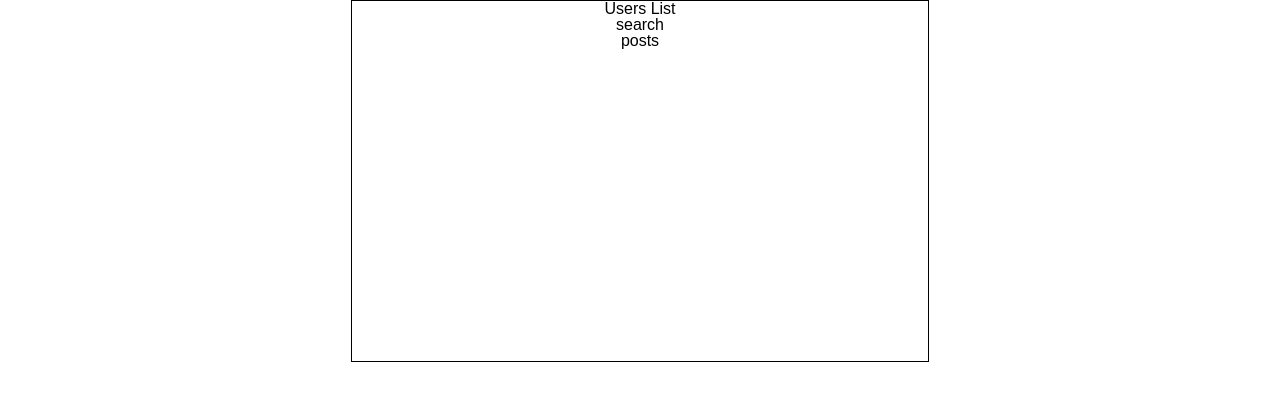
Repository: TomaszBeben/FirstTypescript
Page: /
These files come from the project's save history. The page is drawn as it stood at one moment and after the next save; the edit follows.
The browser window is 1280 px wide. The pictures show the whole page.
The project was rebuilt for these pictures with package versions that can differ from the ones it lists, and the page was loaded fresh each time.

Above is the page before, as saved 2021-12-21 11:15:32.

### public/index.html
<!DOCTYPE html>
<html lang="en">

<head>
    <meta charset="utf-8" />
    <title>LeoCode</title>
</head>

<body>
    <div id="root"></div>
</body>

</html>

### src/index.scss
body {
    width: 100vw;
    height: 100vh;
}

@import './styles/reset.scss';
@import './styles/App.scss';

### src/App.tsx
import React from 'react'

import Header from './components/header/Header'
import Search from './components/search/Search'
import Posts from './components/posts/Posts'


const App = () => {
  return (
    <div className='App'>
      <Header/>
      <Search/>
      <Posts/>
    </div>
  )
}

export default App

### src/styles/reset.scss
html,
body,
div,
span,
applet,
object,
iframe,
h1,
h2,
h3,
h4,
h5,
h6,
p,
blockquote,
pre,
a,
abbr,
acronym,
address,
big,
cite,
code,
del,
dfn,
em,
img,
ins,
kbd,
q,
s,
samp,
small,
strike,
strong,
sub,
sup,
tt,
var,
b,
u,
i,
center,
dl,
dt,
dd,
ol,
ul,
li,
fieldset,
form,
label,
legend,
table,
caption,
tbody,
tfoot,
thead,
tr,
th,
td,
article,
aside,
canvas,
details,
embed,
figure,
figcaption,
footer,
header,
hgroup,
menu,
nav,
output,
ruby,
section,
summary,
time,
mark,
audio,
video {
    margin: 0;
    padding: 0;
    border: 0;
    font-size: 10px;
    font: inherit;
    vertical-align: baseline;
    font-family: 'Montserrat', sans-serif, 'Lucida Sans', 'Lucida Sans Regular', 'Lucida Grande', 'Lucida Sans Unicode', Geneva, Verdana, sans-serif
}

article,
aside,
details,
figcaption,
figure,
footer,
header,
hgroup,
menu,
nav,
section {
    display: block;
}

body {
    line-height: 1;
}

ol,
ul {
    list-style: none;
}

blockquote,
q {
    quotes: none;
}

blockquote {
    &:before,
    &:after {
        content: '';
        content: none;
    }
}

q {
    &:before,
    &:after {
        content: '';
        content: none;
    }
}

table {
    border-collapse: collapse;
    border-spacing: 0;
}

### src/styles/App.scss
.App {
    min-width: 300px;
    max-width: 45vw;
    height: 50vh;
    border: 1px solid black;
    margin-left: auto;
    margin-right: auto;
    display: flex;
    align-items: center;
    flex-direction: column;
}

### src/components/header/Header.tsx
import React from 'react'

const Header = () => {
    const header: string = 'Users List'
    return (
        <h1>
            {header}
        </h1>
    )
}

export default Header

### src/components/search/Search.tsx
import React from 'react'

const Search = () => {
    return (
        <div>
            search
        </div>
    )
}

export default Search

### src/components/posts/Posts.tsx
import React from 'react'

const Posts = () => {
    return (
        <div>
            posts
        </div>
    )
}

export default Posts

Loaded but not shown: src/index.tsx (common file)

After the next save:
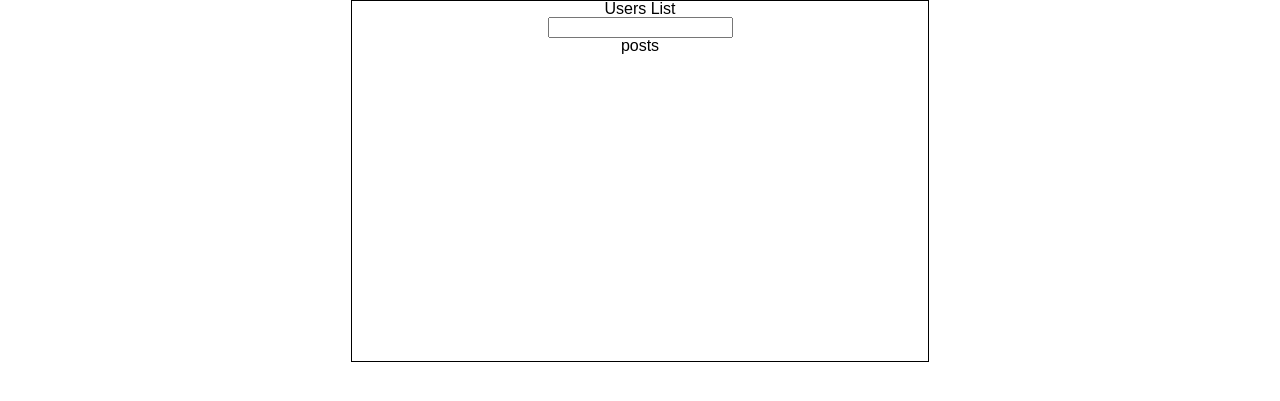
Saved 98 s later.
--- a/src/components/search/Search.tsx
+++ b/src/components/search/Search.tsx
@@ -1,10 +1,9 @@
-import React from 'react'
+import React,{useState} from 'react'
 
 const Search = () => {
+    const [search, setSearch] = useState('')
     return (
-        <div>
-            search
-        </div>
+        <input type="text" value={search} onChange={e => setSearch(e.target.value)} />
     )
 }
 
